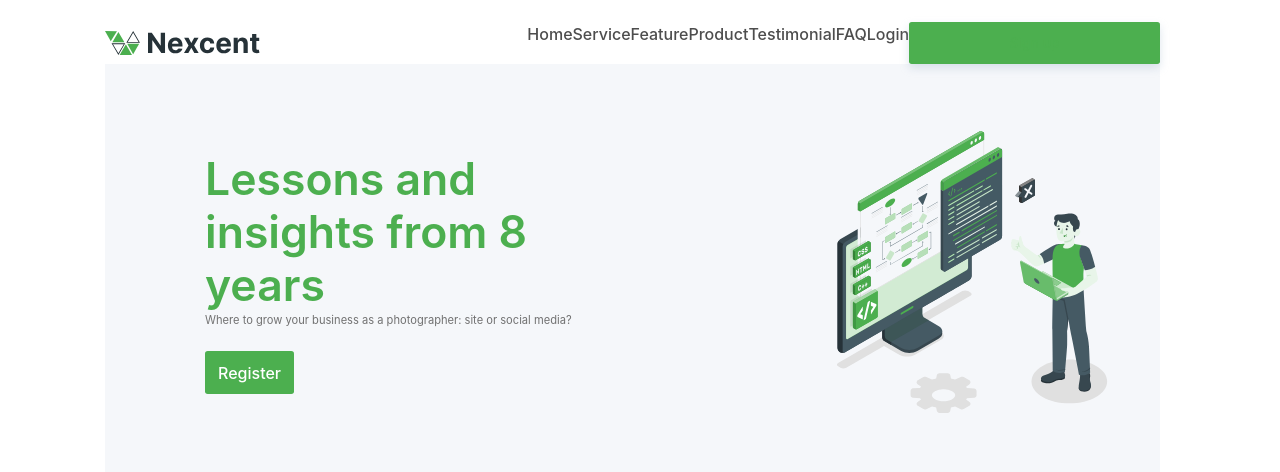
Repository: kubrazamanova/Folder4
Page: homePage/index.html
An editor plug-in stored every save of this project. The page is shown before and after a run of saves, followed by the edit.
The browser window is 1280 px wide. The pictures show the whole page.

Above is the page before, as saved 2023-11-11 11:32:54.

After the next 3 saves:
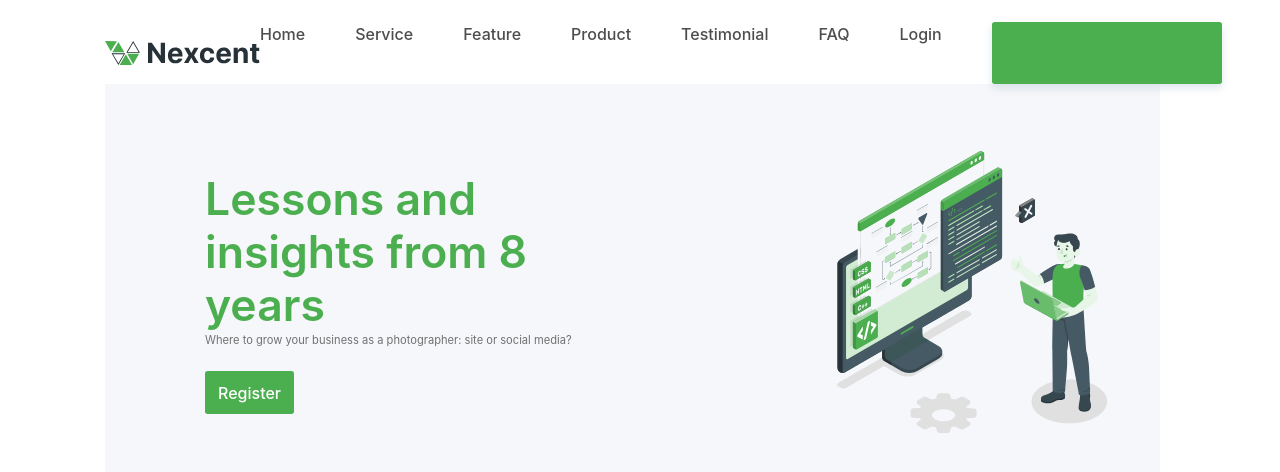
The 3 saves are shown as one change because they came seconds apart.
The last was saved 31 s later.
--- a/homePage/index.css
+++ b/homePage/index.css
@@ -19,6 +19,7 @@ justify-content: space-between;
 
 .container nav ul li {
   list-style-type: none;
+  margin-right: 50px;
 }
 
 .container nav ul li a {
